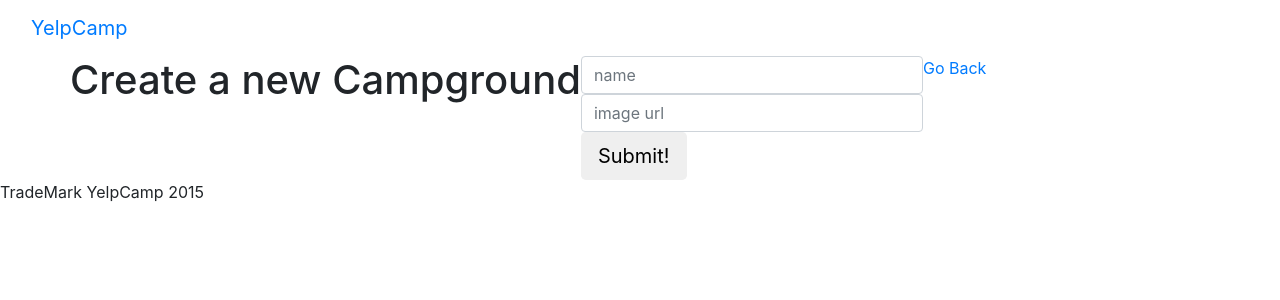
Repository: yshang0/WebDeveloperBootcamp
Page: http://localhost/campgrounds/new
The author's editor kept a record of every edit. The page is drawn from the files as they stood at one moment, then again after the next edit.
The browser window is 1280 px wide. The pictures show the whole page.
The page is served by the project's Node server (YelpCamp/v1/app.js).

Above is the page before.

### PhotoShow/YelpCamp/v1/views/new.ejs
<% include partials/header %>
<div class="container">
    <div class="row">
        <h1>Create a new Campground</h1>
        <div style="width: 30%;">

        <form action="/campgrounds" method="POST">
            <input class="form-control" type="text" name="name" placeholder="name">
            <input class="form-control" type="text" name="image" placeholder="image url">
            <button class="btn btn-lg btn-default">Submit!</button>
        </form>
        </div>

        <a href="/campgrounds">Go Back</a>
    </div>


</div>
<% include partials/footer %>

### PhotoShow/YelpCamp/v1/views/partials/header.ejs
<!DOCTYPE html>
<html>
    <head>
        <title>YelpCamp</title>
        <link rel="stylesheet" href="https://stackpath.bootstrapcdn.com/bootstrap/4.1.3/css/bootstrap.min.css">
    </head>

    <body>
        <nav class="navbar navbar-default">
        <div class="container-fluid">
            <div class="navbar-header">
                <a class="navbar-brand" href="/">YelpCamp</a>
            </div>
            <div class="collapse navbar-collapse">
                <ul class="nav navbar-nav navbar-right">
                    <li><a href="/">Login</a></li>
                    <li><a href="/">Sign Up</a></li>
                    <li><a href="/">Logout</a></li>
                </ul>
            </div>
        </div>
    </nav>

### PhotoShow/YelpCamp/v1/views/partials/footer.ejs
<p>TradeMark YelpCamp 2015</p>
</body>
</html>

### PhotoShow/YelpCamp/v1/app.js
var express = require("express"); // (import) the express module and create an Express application.
var app = express();
var bodyParser = require("body-parser");


//When extended property is set to true,
//the URL-encoded data will be parsed with the qs library.
//when extended property is set to false,
//the URL-encoded data will instead be parsed with the querystring library.
app.use(bodyParser.urlencoded({extended:true}));
app.set("view engine", "ejs");

var campgrounds = [
        {name: "s", image:"https://farm4.staticflickr.com/3828/9531852967_8299e728fc.jpg"},
        {name: "g", image:"https://farm4.staticflickr.com/3624/3331133595_383a1c19c6.jpg"},
        {name: "y", image:"https://farm6.staticflickr.com/5042/5303791663_06cefbeb4c.jpg"},
        {name: "s", image:"https://farm4.staticflickr.com/3828/9531852967_8299e728fc.jpg"},
        {name: "g", image:"https://farm4.staticflickr.com/3624/3331133595_383a1c19c6.jpg"},
        {name: "y", image:"https://farm6.staticflickr.com/5042/5303791663_06cefbeb4c.jpg"},
        {name: "s", image:"https://farm4.staticflickr.com/3828/9531852967_8299e728fc.jpg"},
        {name: "g", image:"https://farm4.staticflickr.com/3624/3331133595_383a1c19c6.jpg"},
        {name: "y", image:"https://farm6.staticflickr.com/5042/5303791663_06cefbeb4c.jpg"}
        ];


//it shows a route definition.
//The app.get() method specifies a callback function that will be invoked whenever there is an HTTP GET request with a path ('/') relative to the site root.
//The callback function takes a request and a response object as arguments, and simply calls send() on the response to return the string.

app.get("/", function(req, res){
    res.render("landing");
});

app.get("/campgrounds", function(req, res){


    res.render("campgrounds", {campgrounds:campgrounds});
});


app.post("/campgrounds", function(req, res) {

    //get data from form and add to campgrounds array
    var name = req.body.name;
    var image = req.body.image;
    var newCampground = {name: name, image: image}
    campgrounds.push(newCampground);
    //redirect back to campgrounds page
    res.redirect("/campgrounds");
});

app.get("/campgrounds/new", function(req, res){
    res.render("new.ejs");
});

app.listen(process.env.PORT, process.env.IP, function(){
  console.log("The YelpCamp Server Has Started!");
});

//start server: node app.js

After the next edit:
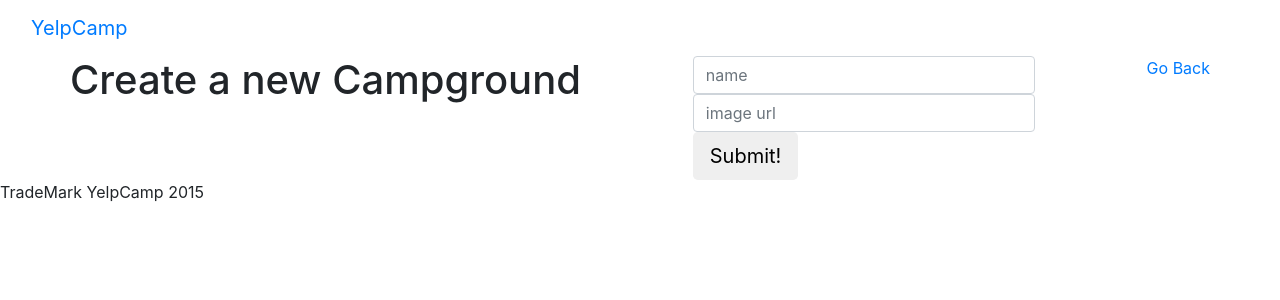
The edit:
--- a/PhotoShow/YelpCamp/v1/views/new.ejs
+++ b/PhotoShow/YelpCamp/v1/views/new.ejs
@@ -2,7 +2,7 @@
 <div class="container">
     <div class="row">
         <h1>Create a new Campground</h1>
-        <div style="width: 30%;">
+        <div style="width: 30%; margin: 0 auto;">
 
         <form action="/campgrounds" method="POST">
             <input class="form-control" type="text" name="name" placeholder="name">
